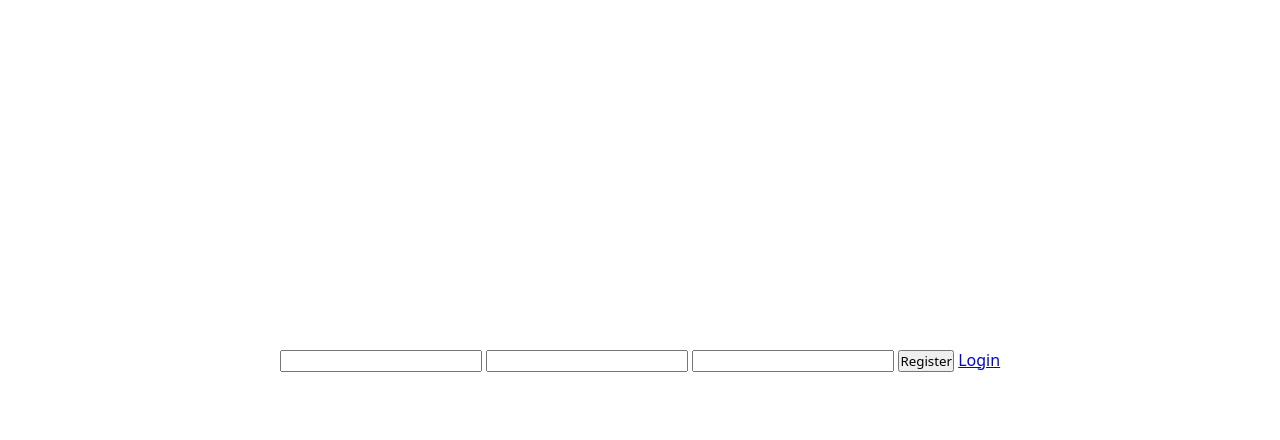
Repository: SanjaySokal/learn-java
Page: http://localhost/ServletProject/home.jsp
An editor plug-in stored every save of this project. The page is shown before and after the next save, followed by the edit.
The browser window is 1280 px wide. The pictures show the whole page.
The page is served by Tomcat 9. Other server files are loaded and not shown.

Above is the page before, as saved 2023-09-09 03:06:33.

### ServletProject/src/main/webapp/home.jsp
<%@ page language="java" contentType="text/html; charset=UTF-8"
    pageEncoding="UTF-8"%>
<!DOCTYPE html>
<html>
<head>
	<meta charset="UTF-8">
	<title>Register</title>
	<link rel="stylesheet" href="style.css">
</head>
<body>
	<div class="body-center">
		<form method="post" action="register">
			<input type="text" name="name" required>
			<input type="email" name="email" required>
			<input type="password" name="password" required>
			<button type="submit">Register</button>
			<a href="login.jsp">Login</a>
		</form>
	</div>
</body>
</html>

### ServletProject/src/main/webapp/style.css
@charset "UTF-8";
* {
	margin: 0;
	padding: 0;
	box-sizing: border-box;
	font-family: system-ui, -apple-system, BlinkMacSystemFont, 'Segoe UI', Roboto, Oxygen, Ubuntu, Cantarell, 'Open Sans', 'Helvetica Neue', sans-serif;
}

.body-center {
	display: flex;
	align-items: center;
	justify-content: center;
	height: 100vh;
}

After the next save:
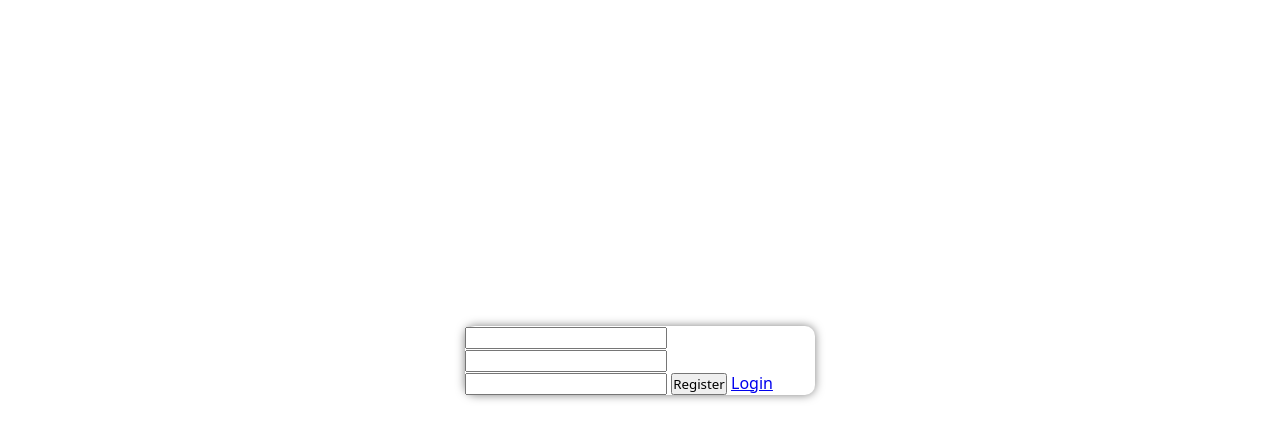
Saved 54 s later.
--- a/ServletProject/src/main/webapp/style.css
+++ b/ServletProject/src/main/webapp/style.css
@@ -12,3 +12,9 @@
 	justify-content: center;
 	height: 100vh;
 }
+
+form {
+	max-width: 350px;
+	border-radius: 10px;
+	box-shadow: 0 0 10px rgba(0, 0, 0, 0.5);
+}
